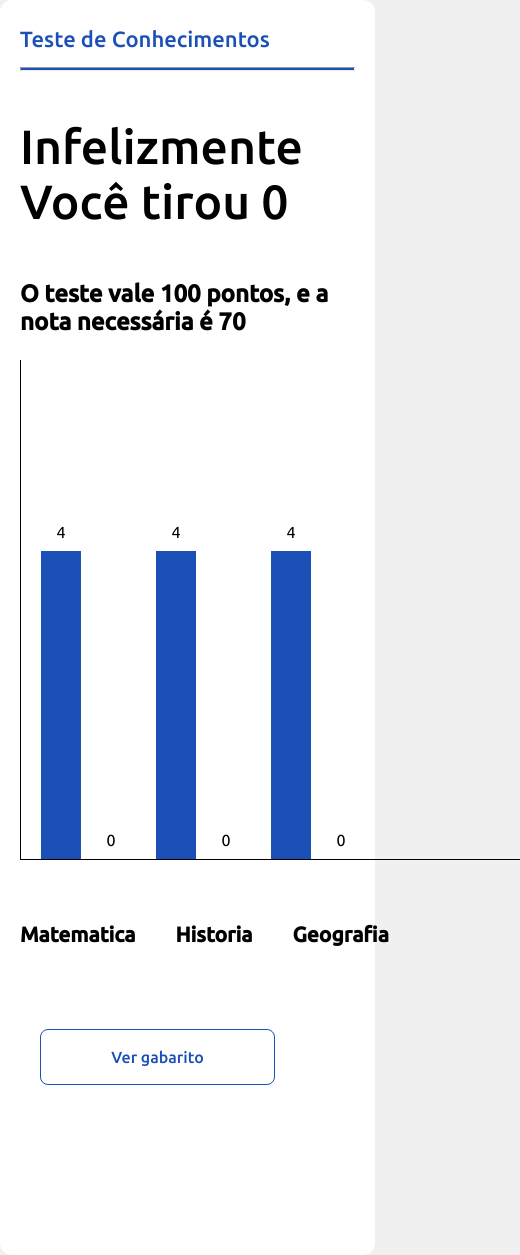
Repository: Delei09/desafioPerguntas
Page: /resultado (app in frontend/)
An editor plug-in stored every save of this project. The page is shown before and after the next save, followed by the edit.
The browser window is 375 px wide. The page is 520 px wide, so the pictures cover 520 px, including what lies to the right of the window. The pictures show the whole page.
The project was rebuilt for these pictures with package versions that can differ from the ones it lists, and the page was loaded fresh each time. A package was used in the major version that the imports need, not the one package.json lists. Also part of the build but not shown: frontend/src/styles/home.scss, frontend/src/page/Home.tsx, frontend/src/styles/gabarito.scss, frontend/src/page/Gabarito.tsx.

Above is the page before, as saved 2021-08-19 16:36:50.

After the next save:
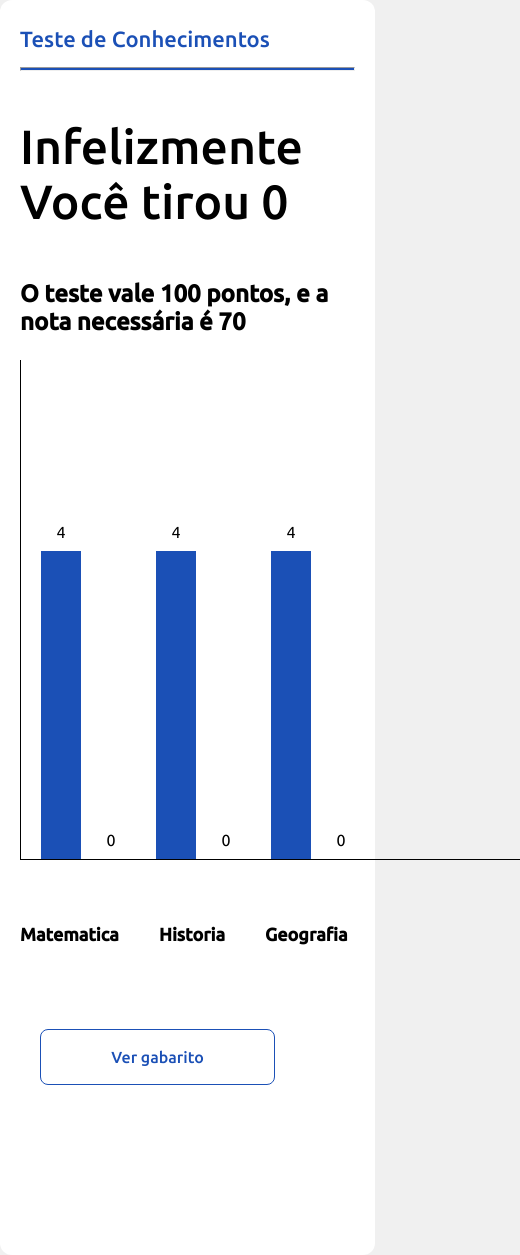
Saved 5 s later.
--- a/frontend/src/styles/resultado.scss
+++ b/frontend/src/styles/resultado.scss
@@ -116,7 +116,7 @@ text-align: left;
   }
    .divTexto{
     gap: 40px ;
-    font-size: 14px;
+    font-size: 12px;
     text-align: center;
 
 
